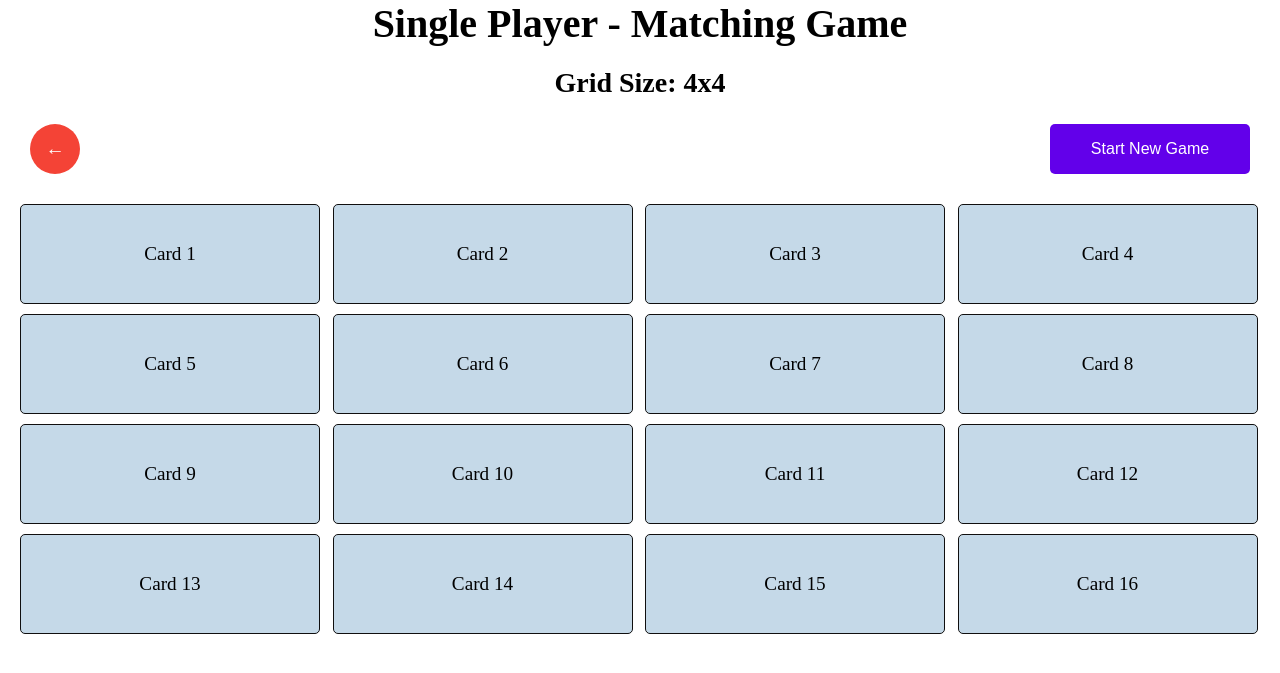
Repository: parnelltse/frontend2-courseproject
Page: /resumegame
The author's editor kept a copy of each file at every save. The page is drawn from the files as they stood at one save, then again after the next save.
The browser window is 1280 px wide. The pictures show the whole page.
The project was rebuilt for these pictures with package versions that can differ from the ones it lists, and the page was loaded fresh each time. Also part of the build but not shown: vite.config.js, src/pages/landing.jsx, src/pages/home.jsx, src/pages/gameoptions.jsx, src/pages/appsettings.jsx, src/pages/profilesettings.jsx, src/pages/gamehistory.jsx, src/pages/singleplayer.jsx and 3 more.

Above is the page before, as saved 2024-11-16 02:04:35.

### src/App.jsx
import React, { useState } from 'react';
import { BrowserRouter as Router, Routes, Route } from 'react-router-dom';
import { Landing } from './pages/landing';
import Home from './pages/home';
import Gameoptions from './pages/gameoptions';
import AppSettings from './pages/appsettings';
import ProfileSettings from './pages/profilesettings';
import GameHistory from './pages/gamehistory'; // Import GameHistory
import SinglePlayer from './pages/singleplayer';
import MultiPlayer from './pages/multiplayer';
import ResumeGame from './pages/resumegame';
import SingleGame from './pages/singlegame';
import MultiGame from './pages/multigame';

function App() {
  const [scores, setScores] = useState([
    { date: '2024-10-19', score: 85, gameMode: 'Single Player' },
    { date: '2024-10-18', score: 90, gameMode: 'Multiplayer' },
    { date: '2024-10-17', score: 75, gameMode: 'Single Player' },
  ]);

  return (
    <Router>
      <Routes>
        <Route path="/" element={<Landing />} />
        <Route path="/home" element={<Home />} />
        <Route path="/gameoptions" element={<Gameoptions />} />
        <Route path="/appsettings" element={<AppSettings />} />
        <Route path="/profilesettings" element={<ProfileSettings />} />
        <Route path="/gamehistory" element={<GameHistory scores={scores} />} /> {/* Pass scores as prop */}
        <Route path="/singleplayer" element={<SinglePlayer />} />
        <Route path="/multiplayer" element={<MultiPlayer />} />
        <Route path="/resumegame" element={<ResumeGame />} />
        <Route path="/singlegame" element={<SingleGame />} />
        <Route path="/multigame" element={<MultiGame />} />
      </Routes>
    </Router>
  );
}

export default App;

### src/index.css
/** landing page */

.landing-nav {
    display: flex;
    flex-direction: column;
    justify-content: center;
    align-items: center;
    gap: 20px
}

.app .headline {
    text-align: center;
}

/** account form */

.sub-btn {
    align-items: center;
    margin: auto;
    margin-top: 10px;
}


/* Single player*/

.single-btn {
    margin: auto;
    align-items: center;
    background-color: #03dac6;
    color: rgb(74, 96, 86); /* darker text */
}

.single-btn:hover {
    background-color: #018786;
    color: white;

}

.single-container {
    padding-top: 10vh;
    align-items: center;
    margin: auto;
}

.single-bottom {
    margin: auto;
    width: 100vw;
    align-items: center;
    align-self: center;
    display: flex;
    justify-content: center;
    flex-direction: column;
}




.home-container {
    background-color: #fff;
    border-radius: 150px;
    box-shadow: 0 5px 15px rgba(0, 0, 0, 0.35);
    position: relative;
    overflow: hidden;
    width: 768px;
    max-width: 100%;
    min-height: 480px;
    margin: auto;
}

.home-container p {
  font-size: 14px;
  line-height: 20px;
  letter-spacing: 0.3px;
  margin: 20px 0;
}


.home-container span {
  font-size: 12px;
}

.home-container a {
  color: #333;
  font-size: 13px;
  text-decoration: none;
  margin: 15px 0 10px;
}
.home-container button {
  background-color: #6200ea;
  color: #fff;
  padding: 10px 45px;
  border: 2px solid transparent;
  border-radius: 8px;
  font-weight: 600;
  letter-spacing: 0.5px;
  text-transform: uppercase;
  margin-top: 10px;
  cursor: pointer;
}

.home-container button.hidden {
  background-color: transparent;
  border-color: #fff;
}

.home-container form {
  background-color: #fff;
  display: flex;
  align-items: center;
  justify-content: center;
  flex-direction: column;
  padding: 0 40px;
  height: 100%;
}

.home-container input {
  background-color: #eee;
  border: none;
  margin: 8px 0;
  padding: 10px 15px;
  font-size: 13px;
  border-radius: 8px;
  width: 100%;
  outline: none;
}

.sign-up, .sign-in {
  position: absolute;
  top: 0;
  height: 100%;
  transition: all 0.6s ease-in-out;
}

.sign-in {
  left: 0;
  width: 50%;
  z-index: 2;
}

.home-container.active .sign-in {
  transform: translateX(100%);
}

.sign-up {
  left: 0;
  width: 50%;
  z-index: 1;
  opacity: 0;
}

.home-container.active .sign-up {
  transform: translateX(100%);
  opacity: 1;
  z-index: 5;
  animation: move 0.6s;
}

@keyframes move {
  0%, 49.99%{
    opacity: 0;
    z-index: 1;
  }
    50%, 100%{
    opacity: 1;
    z-index: 5;
  }
}

.toogle-container {
  position: absolute;
  top: 0;
  left: 50%;
  width: 50%;
  height: 100%;
  overflow: hidden;
  border-radius: 150px;
  z-index: 1000;
  transition: all 0.6s ease-in-out;
}

.home-container.active .toogle-container {
  transform: translateX(-100%);
  border-radius: 150px;
}

.toogle {
  background-color: #6200ea;
  height: 100%;
  background: #6200ea;
  color: #fff;
  position: relative;
  left: -100%;
  width: 200%;
  transform: translateX(0);
  transition: all 0.6s ease-in-out;
}

.home-container.active .toogle {
  transform: translateX(50%);
}

.toogle-panel {
  position: absolute;
  width: 50%;
  height: 100%;
  display: flex;
  justify-content: center;
  align-items: center;
  flex-direction: column;
  padding: 0 30px;
  text-align: center;
  top: 0;
  transform: translateX(0);
  transition: all 0.6s ease-in-out;
}

.toogle-left {
  transform: translateX(-200%);
}

.home-container.active .toogle-left {
  transform: translateX(0);
}

.toogle-right {
  right: 0;
  transform: translateX(0);
}

.home-container.active .toogle-right {
  transform: translateX(200%);
}


.titleholder {
  display: flex;
  justify-content: center;
  gap: 20px;
  align-items: flex-end;
}

.gameInfo {
  color: #333;
  font-size: 24px;
  padding-bottom: 22px;
  cursor: pointer;
}

.overlayContainer {
  position: fixed; /* Position it fixed to cover the viewport */
  top: 0;
  left: 0;
  right: 0;
  bottom: 0;
  background-color: rgba(0, 0, 0, 0.5); /* Semi-transparent dark background */
  display: flex;
  justify-content: center;
  align-items: center;
  z-index: 2000;
}

.contentBox {
  width: 800px;
  height: 500px;
  background-color: rgb(235, 220, 245);
  border-radius: 20px;
  padding: 40px;
  display: flex;
  flex-direction: column;
  align-items: center;
  justify-content: center;
}

.overlayHeader {
  text-align: center;
  padding-bottom: 20px;
  font-size: 22px;
}

.overlayContent {
  font-size: 18px;
  padding-bottom: 40px;
}

.overButton {
  align-content: center;
  align-items: center;
  font-size: 24px;
}

/* Home page */

.home-board {
  width: 500px;
  height: 400px;
  margin: auto;
  align-items: center;
  display: flex;
  flex-direction: column;
  justify-content: center;
  border-radius: 30px;
  background: #a7cbe9;
}

.play-btn {
  background-color: #3d8b5e; /* Button background */
  color: white; /* Text color */
  font-size: 28px; /* Font size */
  padding: 15px 25px; /* Button padding */
  border: none; /* Remove default border */
  border-radius: 5px; /* Rounded corners */
  position: relative; /* Ensures stacking context for pseudo-element */
  cursor: pointer; /* Pointer cursor on hover */
  overflow: hidden; /* Prevents the animation from spilling outside */
  z-index: 1; /* Prevent the border animation from overflowing */
  height: 60px;
}

.play-btn:hover {
  background-color: #507c62; /* Button background */
}


.game-controls {
  padding: 0 20px;
  display: flex;
  flex-direction: row;
  justify-content: space-between;
  gap: 20px;
}

### src/pages/resumegame.tsx
import React, { useEffect, useState } from "react";
import { useLocation, useNavigate } from "react-router-dom";
import BackButton from "../components/BackButton";
import "../App.css";

// Define GameState interface at the top
interface GameState {
	matched: number[];
	currentGrid: number;
}

export default function ResumeGaame() {
	const location = useLocation();
	const navigate = useNavigate();

	// Load grid size from location or default to 4
	const { gridSize } = location.state || { gridSize: 4 };
	const totalCards = gridSize * gridSize;

	// Game state
	const [gameState, setGameState] = useState<GameState>(() => {
		// Load from localStorage if available
		const savedState = localStorage.getItem("gameState");
		return savedState
			? JSON.parse(savedState)
			: { matched: [], currentGrid: gridSize }; // Default state
	});

	// Save state to localStorage whenever it changes
	useEffect(() => {
		localStorage.setItem("gameState", JSON.stringify(gameState));
	}, [gameState]);

	// Reset game
	const resetGame = () => {
		setGameState({ matched: [], currentGrid: gridSize });
		localStorage.removeItem("gameState");
	};

	// Resume from saved state
	const resumeGame = () => {
		const savedState = localStorage.getItem("gameState");
		if (savedState) {
			const parsedState: GameState = JSON.parse(savedState);
			if (parsedState.currentGrid === gridSize) {
				setGameState(parsedState);
			}
		}
	};

	return (
		<div className="single-game-container">
			<h1>Single Player - Matching Game</h1>

			{gameState.matched.length > 0 && (
				<div className="resume-section">
					<h2>Resume Your Last Game?</h2>
					<button onClick={resumeGame} className="resume-btn">Resume</button>
				</div>
			)}

			<h2>Grid Size: {gridSize}x{gridSize}</h2>

			<div className="game-controls">
				<BackButton />
				<button onClick={resetGame} className="reset-btn">Start New Game</button>
			</div>

			<div
				className="game-grid"
				style={{
					gridTemplateColumns: `repeat(${gridSize}, 1fr)`,
					gridTemplateRows: `repeat(${gridSize}, 1fr)`,
				}}
			>
				{Array.from({ length: totalCards }).map((_, index) => (
					<div
						className={`game-item ${gameState.matched.includes(index) ? "matched" : ""}`}
						key={index}
					>
						Card {index + 1}
					</div>
				))}
			</div>
		</div>
	);
}

### src/App.css
/* General Reset */
* {
	margin: 0;
	padding: 0;
	box-sizing: border-box;
}

/* Home page */
.container {
	align-items: center; /* Center the items horizontally */
	justify-content: center; /* Center the items vertically */
	min-height: 100vh; /* Full viewport height */
	background-color: #e3f2fd; /* Light blue background color */
	padding: 20px; /* Padding around content */
	padding-top: 15vh;
}

header {
	text-align: center;
	margin-bottom: 40px; /* Space below header */
	margin: auto;
}

button {
	background-color: #1e88e5; /* Button background color */
	color: white; /* White text color */
	border: none; /* Remove border */
	border-radius: 5px; /* Rounded corners */
	padding: 10px; /* Padding for buttons */
	cursor: pointer; /* Pointer cursor */
	transition: background-color 0.3s; /* Smooth background transition */
	width: 200px; /* Fixed width for all buttons */
	height: 50px; /* Fixed height for all buttons */
	font-size: 1rem; /* Font size for button text */
	margin: 10px; /* Space between buttons */
}

button:hover {
	background-color: #1565c0; /* Darker button color on hover */
}

.button-container {
	display: flex; /* Use flexbox for button alignment */
	flex-direction: column; /* Stack buttons vertically */
	align-items: center; /* Center buttons horizontally */
}

.title {
	font-size: 2.5rem; /* Title font size */
	text-align: center; /* Center the title text */
	margin-bottom: 20px; /* Space below title */
}

.profile-button {
	background-color: #6200ea; /* Primary color */
	color: white; /* White text */
	border: none; /* Remove border */
	border-radius: 5px; /* Rounded corners */
	padding: 10px 20px; /* Button padding */
	font-size: 24px; /* Font size */
	cursor: pointer; /* Pointer cursor on hover */
	transition: background-color 0.3s; /* Smooth background transition */
	width: 200px; /* Ensure the width matches other buttons */
	height: 50px; /* Ensure the height matches other buttons */
	margin-top: 100px;
}

.profile-button:hover {
	background-color: #3700b3; /* Darker shade on hover */
}

.button-container {
	display: flex;
	gap: 20px; /* Space between buttons */
}

.play-button,
.settings-button {
	background-color: #03dac6; /* Secondary color */
	border: none;
	border-radius: 5px;
	padding: 15px 25px; /* Button padding */
	font-size: 1.5rem; /* Font size */
	cursor: pointer; /* Pointer cursor on hover */
	transition: background-color 0.3s; /* Smooth background transition */
	align-items: center;
	text-align: center;
}

.play-button {
	color: rgb(74, 96, 86); /* darker text */
}

.settings-button {
	color: white; /* white text */
}

.play-button:hover {
	background-color: #018786; /* Darker shade on hover */
	color: white; /* white text */

}

.settings-button {
	background-color: #ff5722; /* Different color for settings */
}

.settings-button:hover {
	background-color: #c41c00; /* Darker shade on hover */
}

/* Typography */
h1 {
	font-size: 2.5rem;
	text-align: center;
	margin-bottom: 20px;
}

h2 {
	font-size: 1.75rem;
	text-align: center;
	margin-bottom: 15px;
}

/* Button Styles */
button {
	background-color: #6200ea;
	color: white;
	padding: 10px 20px;
	border: none;
	border-radius: 5px;
	cursor: pointer;
	margin: 10px;
	transition: background-color 0.3s ease;
}

button:hover {
	background-color: #3700b3;
}

/* Form Input Styles */
input[type="text"],
input[type="password"],
input[type="number"] {
	width: 100%;
	padding: 10px;
	margin: 10px 0;
	box-sizing: border-box;
	border: 2px solid #ccc;
	border-radius: 4px;
}

form {
	max-width: 400px;
	margin: 20px auto;
	display: flex;
	flex-direction: column;
}

/* Back Button */
button.back-btn {
	background-color: #f44336;
	color: white;
	border-radius: 50%;
	width: 50px;
	height: 50px;
	display: flex;
	justify-content: center;
	align-items: center;
	font-size: 1.2rem;
}

button.back-btn:hover {
	background-color: #e53935;
}

/* App Settings */
.app-settings {
	display: flex;
	flex-direction: column;
	justify-content: center;
	align-items: center;
	padding: 20px;
	text-align: center;
	min-height: 100vh;
	padding-top: 20vh;
}

.setting-bottons {
	display: flex;
	justify-content: center;
	flex-direction: column;
	margin: auto;
	align-items: center;
}

.theme-toggle {
	background-color: #333;
	color: white;
	padding: 10px;
	border-radius: 5px;
	cursor: pointer;
}

.theme-toggle:hover {
	background-color: #555;
}

/* Game Options */
.game-options {
	display: flex;
	flex-direction: column;
	align-items: center;
	margin: 20px;
}

button.grid-size {
	background-color: #2196f3;
	margin: 5px;
}

button.grid-size:hover {
	background-color: #1976d2;
}

/* single and multiplayer pages */
img {
	max-width: 100%;
	height: auto;
	display: block;
	margin: 0 auto;
}

.game-grid {
	display: grid;
	grid-template-columns: repeat(5, 1fr); /* 5 columns for a 5x5 grid */
	gap: 10px; /* Space between grid items */
	padding: 20px; /* Optional padding around the grid */
}

.game-item {
	background-color: #c5d9e8; /* Background color for game items */
	border: 1px solid #100f0f; /* Border for each game item */
	border-radius: 5px; /* Rounded corners */
	display: flex; /* Center content */
	align-items: center; /* Center content vertically */
	justify-content: center; /* Center content horizontally */
	height: 100px; /* Fixed height for game items */
	width: 300px;
	font-size: 1.2em; /* Font size for game item text */
}

/* history page */

.history-container {
	display: flex;
	flex-direction: column;
	align-items: center;
	justify-content: center;
	min-height: 100vh; /* Full viewport height */
	background-color: #f9f9f9; /* Light background color */
	padding: 20px; /* Padding around content */
}

.history-title {
	font-size: 2.5rem; /* Title font size */
	color: #333; /* Darker text color */
	margin-bottom: 10px; /* Space below title */
}

.history-description {
	font-size: 1.2rem; /* Description font size */
	color: #666; /* Slightly lighter text color */
	text-align: center; /* Center-align description */
	margin-bottom: 30px; /* Space below description */
}

.score-table {
	width: 100%;
	max-width: 600px; /* Max width for the table */
	margin: 0 auto; /* Center the table */
	background-color: white; /* White background for the table */
	border-radius: 8px; /* Rounded corners */
	box-shadow: 0 4px 8px rgba(0, 0, 0, 0.1); /* Subtle shadow */
	overflow: hidden; /* Ensure rounded corners apply */
}

table {
	width: 100%; /* Full width of the table */
	border-collapse: collapse; /* Remove space between table cells */
}

th,
td {
	padding: 15px; /* Cell padding */
	text-align: left; /* Align text to the left */
	border-bottom: 1px solid #e0e0e0; /* Bottom border for rows */
}

th {
	background-color: #6200ea; /* Header background color */
	color: white; /* White text for header */
}

tr:hover {
	background-color: #f1f1f1; /* Highlight row on hover */
}

.back-button {
	margin-top: 20px; /* Space above the back button */
}

/* profile settings page*/

.profile-settings-container {
	display: flex;
	flex-direction: column;
	align-items: center;
	justify-content: center;
	min-height: 100vh; /* Full viewport height */
	background-color: #f9f9f9; /* Light background color */
	padding: 20px; /* Padding around content */
}

.profile-settings-title {
	font-size: 2.5rem; /* Title font size */
	color: #333; /* Darker text color */
	margin-bottom: 20px; /* Space below title */
}

.submitted-username {
	font-size: 1.5rem; /* Font size for submitted username */
	color: #6200ea; /* Color for submitted username */
	margin-bottom: 20px; /* Space below username display */
}

.profile-settings-form {
	display: flex;
	flex-direction: column;
	align-items: center; /* Center align the form elements */
	margin-bottom: 20px; /* Space below the form */
}

.username-input {
	padding: 10px; /* Padding for input */
	font-size: 1rem; /* Font size for input */
	border: 1px solid #ccc; /* Border for input */
	border-radius: 4px; /* Rounded corners */
	margin-bottom: 10px; /* Space below input */
	width: 100%; /* Full width */
	max-width: 300px; /* Max width for input */
}

.save-button {
	padding: 10px 20px; /* Padding for button */
	background-color: #6200ea; /* Button background color */
	color: white; /* Button text color */
	border: none; /* Remove border */
	border-radius: 4px; /* Rounded corners */
	cursor: pointer; /* Pointer cursor on hover */
	font-size: 1rem; /* Font size for button */
}

.save-button:hover {
	background-color: #3700b3; /* Darker button color on hover */
}

.navigation-buttons {
	display: flex;
	gap: 10px; /* Space between navigation buttons */
}

.scores-button {
	padding: 10px 20px; /* Padding for button */
	background-color: #03dac6; /* Button background color */
	color: white; /* Button text color */
	border: none; /* Remove border */
	border-radius: 4px; /* Rounded corners */
	cursor: pointer; /* Pointer cursor on hover */
	font-size: 1rem; /* Font size for button */
}

.scores-button:hover {
	background-color: #018786; /* Darker button color on hover */
}

/* game options page */

.game-options-container {
	display: flex;
	flex-direction: column;
	align-items: center;
	justify-content: center;
	min-height: 100vh; /* Full viewport height */
	background-color: #f0f4f8; /* Light background color */
	padding: 20px; /* Padding around content */
}

.game-options-title {
	font-size: 2.5rem; /* Title font size */
	color: #333; /* Darker text color */
	margin-bottom: 40px; /* Space below title */
}

.game-options-buttons {
	display: flex;
	flex-direction: column; /* Arrange buttons vertically */
	gap: 15px; /* Space between buttons */
}

.game-option-button {
	padding: 15px 30px; /* Padding for buttons */
	font-size: 1.2rem; /* Font size for buttons */
	background-color: #6200ea; /* Button background color */
	color: white; /* Button text color */
	border: none; /* Remove border */
	border-radius: 5px; /* Rounded corners */
	cursor: pointer; /* Pointer cursor on hover */
	transition: background-color 0.3s; /* Smooth background transition */
	width: 100%; /* Full width */
	max-width: 300px; /* Max width for buttons */
}

.game-option-button:hover {
	background-color: #3700b3; /* Darker button color on hover */
}

/* create account page */

.create-container {
	display: flex;
	flex-direction: column;
	align-items: center;
	justify-content: center;
	min-height: 100vh; /* Full viewport height */
	background-color: #f0f4f8; /* Light background color */
	padding: 20px; /* Padding around content */
}

.create-header {
	text-align: center; /* Center header text */
	margin-bottom: 40px; /* Space below header */
}

.create-header h1 {
	font-size: 2.5rem; /* Title font size */
	color: #000000; /* Primary color for title */
}

.create-header h2 {
	font-size: 1.5rem; /* Subtitle font size */
	color: #333; /* Darker color for subtitle */
	margin-top: 10px; /* Space above subtitle */
}

.create-container > * {
	margin: 10px 0; /* Space between elements */
}

.back-button {
	margin-top: 20px; /* Space above back button */
	background-color: #6200ea; /* Match primary color */
	color: white; /* White text color */
	border: none; /* Remove border */
	border-radius: 5px; /* Rounded corners */
	padding: 10px 20px; /* Padding for button */
	cursor: pointer; /* Pointer cursor */
	transition: background-color 0.3s; /* Smooth background transition */
}

.back-button:hover {
	background-color: #3700b3; /* Darker button color on hover */
}

/* login page */
.login-container {
	align-items: flex-start;
	justify-content: center;
	min-height: 100vh; /* Full viewport height */
	background-color: #ede3fd; /* Light blue background color */
	padding-top: 20vh;
}

.login-header {
	text-align: center; /* Center header text */
	margin-bottom: 40px; /* Space below header */
}

.login-header h1 {
	font-size: 2.5rem; /* Title font size */
	color: #3700b3; /* Primary color for title */
}

.login-header h2 {
	font-size: 1.5rem; /* Subtitle font size */
	color: #424242; /* Darker color for subtitle */
	margin-top: 10px; /* Space above subtitle */
}

.account-form {
	width: 100%; /* Full width for the form */
	max-width: 400px; /* Maximum width for the form */
	background-color: white; /* White background for form */
	border-radius: 8px; /* Rounded corners */
	box-shadow: 0 2px 10px rgba(0, 0, 0, 0.1); /* Subtle shadow */
	padding: 20px; /* Padding inside the form */
}

button {
	background-color: #6200ea; /* Match primary color */
	color: white; /* White text color */
	border: none; /* Remove border */
	border-radius: 5px; /* Rounded corners */
	padding: 10px 20px; /* Padding for button */
	cursor: pointer; /* Pointer cursor */
	transition: background-color 0.3s; /* Smooth background transition */
}

button:hover {
	background-color: #3700b3; /* Darker button color on hover */
}

.account-form input {
	margin: 10px 0; /* Space between inputs */
	padding: 10px; /* Padding for inputs */
	border: 1px solid #ccc; /* Light border for inputs */
	border-radius: 5px; /* Rounded corners for inputs */
	width: 100%; /* Full width for inputs */
}

### src/components/BackButton.jsx
import React from "react";
import { useNavigate } from "react-router-dom";

export default function BackButton() {
	const navigate = useNavigate();

	return (
		<button className="back-btn" onClick={() => navigate(-1)}>
			&#x2190;
		</button>
	);
}

Loaded but not shown: index.html (common file); src/main.jsx (common file)

After the next save:
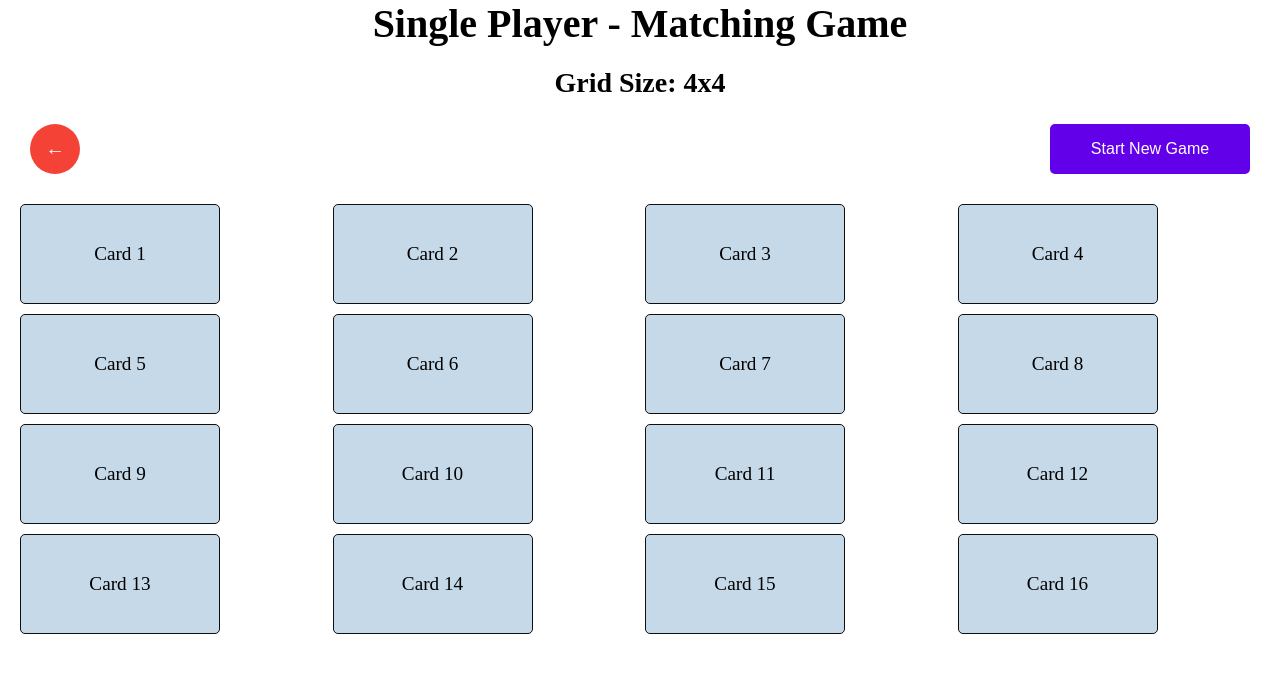
Saved 16 s later.
--- a/src/App.css
+++ b/src/App.css
@@ -246,7 +246,7 @@ img {
 	align-items: center; /* Center content vertically */
 	justify-content: center; /* Center content horizontally */
 	height: 100px; /* Fixed height for game items */
-	width: 300px;
+	width: 200px;
 	font-size: 1.2em; /* Font size for game item text */
 }
 
